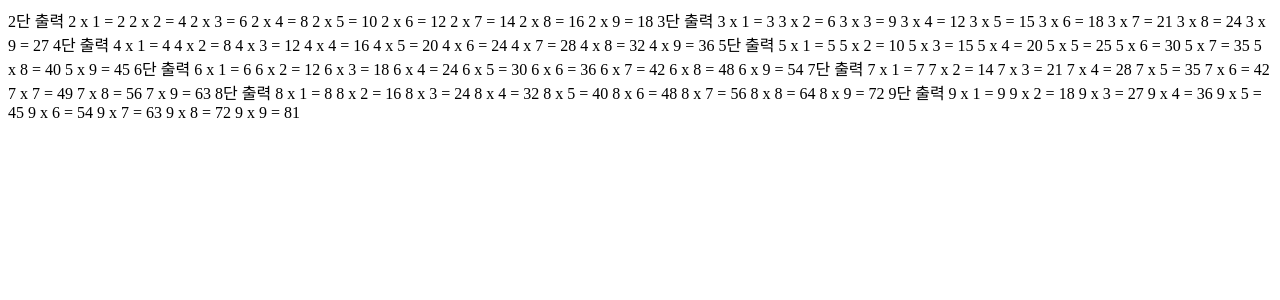
Repository: carnelli95/workspace_JSP
Page: http://localhost/MustHaveJSP/Mission/Gugudan1.jsp
An editor plug-in stored every save of this project. The page is shown before and after the next save, followed by the edit.
The browser window is 1280 px wide. The pictures show the whole page.
The page is served by Tomcat 9.

Above is the page before, as saved 2025-09-22 08:16:46.

After the next save:
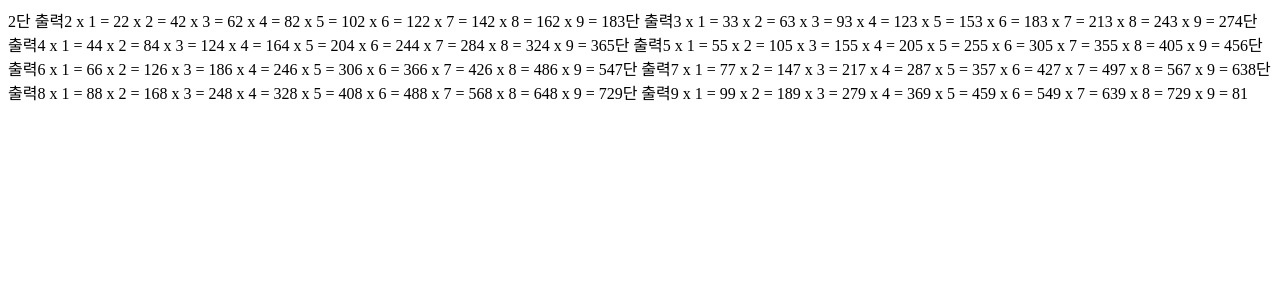
Saved 34 s later.
--- a/MustHaveJSP/src/main/webapp/Mission/Gugudan1.jsp
+++ b/MustHaveJSP/src/main/webapp/Mission/Gugudan1.jsp
@@ -17,7 +17,7 @@
 	for(int i = 2; i <= 9; i++) {
 		out.println("<tr>" + i + "단 출력</tr>");
 		for(int j = 1; j <= 9; j++) {
-			out.println(i + " x " + j  + " = " + i * j);
+			out.println("<tr>" + i + " x " + j  + " = " + i * j + "</tr>");
 		}
 	}
 %>
